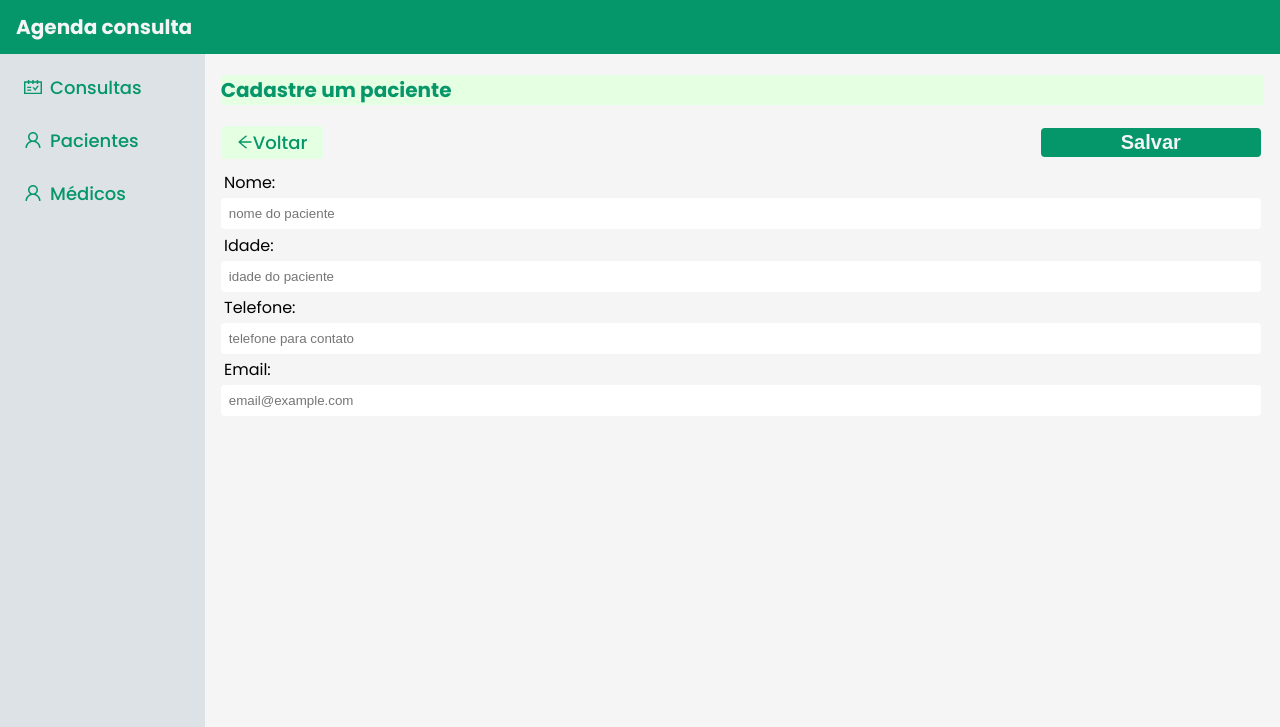
Repository: BarbaraCD/agendaconsulta
Page: /patients/new
The author's editor kept a copy of each file at every save. The page is drawn from the files as they stood at one save, then again after the next save.
The browser window is 1280 px wide. The pictures show the whole page.
The project was rebuilt for these pictures with package versions that can differ from the ones it lists, and the page was loaded fresh each time. Also part of the build but not shown: vite.config.ts, src/services/appointment.services.ts, src/styles/Appointments.ts, src/services/doctor.services.ts, src/components/Calendar.tsx, src/styles/CreateContainer.ts, src/components/DoctorTable.tsx, src/components/PatientTable.tsx and 2 more.

Above is the page before, as saved 2023-08-29 16:22:55.

### index.html
<!DOCTYPE html>
<html lang="en">
  <head>
    <meta charset="UTF-8" />
    <link rel="icon" type="image/svg+xml" href="/vite.svg" />
    <meta name="viewport" content="width=device-width, initial-scale=1.0" />

    <link rel="preconnect" href="https://fonts.googleapis.com">
    <link rel="preconnect" href="https://fonts.gstatic.com" crossorigin>
    <link href="https://fonts.googleapis.com/css2?family=Poppins:wght@400;500;700&display=swap" rel="stylesheet">

    <title>Agendamento de Consulta</title>
  </head>
  <body>
    <div id="root"></div>
    <script type="module" src="/src/main.tsx"></script>
  </body>
</html>

### src/main.tsx
/* eslint-disable @typescript-eslint/no-non-null-assertion */
import React from 'react'
import ReactDOM from 'react-dom/client'
import { ThemeProvider } from 'styled-components'
import GlobalStyle, { Container, Content } from './styles/global'
import { theme } from './styles/Theme.ts'
import App from './App.tsx'
import { Routes } from './routes/index.tsx'
import { Header } from './components/Header.tsx'
import { BrowserRouter } from 'react-router-dom'

ReactDOM.createRoot(document.getElementById('root')!).render(
  <React.StrictMode>
    <ThemeProvider theme={theme}>
      <GlobalStyle />
      <BrowserRouter>
        <Header />
        <Container>
          <App />
          <Content>
            <Routes />
          </Content>
        </Container>
      </BrowserRouter>
    </ThemeProvider>
  </React.StrictMode>,
)

### src/styles/global.ts
import styled, { createGlobalStyle } from 'styled-components'

export default createGlobalStyle`
  *{
    margin: 0;
    padding: 0;
    box-sizing: border-box;

  }
  body{
    height: 100%;
    width: 100%;
    font-family: 'Poppins', sans-serif;
    background: ${(props) => props.theme.colors.white};
    font-size: ${(props) => props.theme.size.xl};
  }
`

export const Container = styled.div`
  display: flex;
`

export const SidebarGlobal = styled.div`
  width: 16%;
`

export const Content = styled.div`
  flex: 1;
  margin: 0 1rem;
`

### src/styles/Theme.ts
export const theme = {
  colors: {
    primary: '#059669',
    head: '#059669B3',
    100: '#E4FFE1',

    sbcolor: '#DCE2E6',
    gray: '#41414D',
    black: '#000',
    white: '#f5f5f5',
  },
  size: {
    sm: '14px',
    md: '16px',
    lg: '18px',
    xl: '20px',
    xxl: '24px',
  },
}

### src/App.tsx
import { SidebarGlobal } from './styles/global'
import { Sidebar } from './components/Sidebar'

export default function App() {
  return (
    <SidebarGlobal>
      <Sidebar />
    </SidebarGlobal>
  )
}

### src/routes/index.tsx
import { AppRoutes } from './app.routes'

export function Routes() {
  return (
    <>
      <AppRoutes />
    </>
  )
}

### src/components/Header.tsx
import { Link } from 'react-router-dom'
import { styled } from 'styled-components'

const ContainerHeader = styled.div`
  padding: 12px 16px;
  width: 100%;
  min-width: 200px;
  font-weight: 700;
  overflow: visible;
  background-color: ${(props) => props.theme.colors.primary};
`

const StyleLink = styled(Link)`
  text-decoration: none;
  word-break: normal;
  display: block;
  align-items: center;
  justify-content: center;
  color: ${(props) => props.theme.colors.white};
`

export function Header() {
  return (
    <ContainerHeader>
      <StyleLink to="/">Agenda consulta</StyleLink>
    </ContainerHeader>
  )
}

### src/components/Sidebar.tsx
import { ScheduleOutlined, UserOutlined } from '@ant-design/icons'
import { StyledSidebar, StyledList } from '../styles/SidebarStyled'
import { Link } from 'react-router-dom'

export function Sidebar() {
  return (
    <StyledSidebar>
      <StyledList>
        <li>
          <ScheduleOutlined style={{ color: '#059669' }} />
          <Link to="/appointments/calendar">Consultas</Link>
        </li>
        <li>
          <UserOutlined style={{ color: '#059669' }} />
          <Link to="/patients/list">Pacientes</Link>
        </li>
        <li>
          <UserOutlined style={{ color: '#059669' }} />
          <Link to="/doctors/list">Médicos</Link>
        </li>
      </StyledList>
    </StyledSidebar>
  )
}

### src/routes/app.routes.tsx
import { Routes, Route } from 'react-router-dom'

import { App } from 'antd'
import { AppointmentsCalendar } from '../components/Calendar'
import { InputPatients } from '../components/InputPatient'
import { DoctorTable } from '../components/DoctorTable'
import { PatientTable } from '../components/PatientTable'
import { InputDoctors } from '../components/InputDoctors'
import { CreateAppointments } from '../components/Appointments'

export function AppRoutes() {
  return (
    <Routes>
      <Route path="/" element={<App />} />

      <Route path="/patients/new" element={<InputPatients />} />
      <Route path="/patients/:id/edit" element={<InputPatients />} />
      <Route path="/patients/list" element={<PatientTable />} />

      <Route path="/doctors/new" element={<InputDoctors />} />
      <Route path="/doctors/:id/edit" element={<InputDoctors />} />
      <Route path="/doctors/list" element={<DoctorTable />} />

      <Route path="/appointments/new" element={<CreateAppointments />} />
      <Route path="/appointments/:id/edit" element={<CreateAppointments />} />
      <Route path="/appointments/calendar" element={<AppointmentsCalendar />} />
    </Routes>
  )
}

### src/styles/SidebarStyled.ts
import styled from 'styled-components'

export const StyledSidebar = styled.div`
  display: flex;
  flex-direction: column;
  background-color: ${(props) => props.theme.colors.sbcolor};
  color: ${(props) => props.theme.colors.black};
  font-size: ${(props) => props.theme.size.lg};
  font-weight: 500;
  justify-content: flex-start;
  align-items: flex-start;
  overflow: auto;
  height: 93.5vh;
  min-height: 100%;
`

export const StyledList = styled.ul`
  list-style: none;
  padding: 0.5rem;

  li {
    cursor: pointer;
    padding: 1rem;
    line-height: 1.3rem;
  }

  a {
    text-decoration: none;
    color: ${(props) => props.theme.colors.primary};
    margin: 0.5rem;
    word-break: break-all;
  }
`

### src/components/InputPatient.tsx
/* eslint-disable react-hooks/exhaustive-deps */
import { z } from 'zod'
import { useForm } from 'react-hook-form'
import { zodResolver } from '@hookform/resolvers/zod'

import { useEffect, useState } from 'react'
import {
  FlexDiv,
  InputContainer,
  MessageError,
  MessageSaved,
  StyledInput,
  StyledValidation,
  SubmitButton,
  StyledLink,
} from '../styles/InputContainer'
import {
  createPatient,
  updatePatient,
  getPatientById,
} from '../services/patient.services'
import { useParams, useNavigate } from 'react-router-dom'
import { ArrowLeftOutlined } from '@ant-design/icons'

const patientSchema = z.object({
  name: z
    .string()
    .nonempty('O nome é obrigatório')
    .transform((name) => {
      return name
        .trim()
        .split(' ')
        .map((word) => {
          return word[0].toLocaleUpperCase().concat(word.substring(1))
        })
        .join(' ')
    }),
  age: z.coerce.number().min(12, 'Idade obrigatória').max(120),
  telephone: z
    .string()
    .min(11, 'Telefone é obrigatório')
    .max(11, 'Telefone deve conter 11 digitos'),
  email: z
    .string()
    .nonempty('O email é obrigatório')
    .email('Formato de email inválido')
    .toLowerCase(),
})

export type PatientSchemaType = z.infer<typeof patientSchema>

export function InputPatients() {
  const {
    reset,
    register,
    handleSubmit,
    formState: { errors, isSubmitting },
  } = useForm<PatientSchemaType>({
    resolver: zodResolver(patientSchema),
    defaultValues: {
      name: '',
      age: null || undefined,
      telephone: null || undefined,
      email: '',
    },
  })

  const navigate = useNavigate()
  const { id } = useParams()
  const [successMessage, setSuccessMessage] = useState<string | null>(null)
  const [errorMessage, setErrorMessage] = useState<string | null>(null)

  useEffect(() => {
    fetchPatients()
  }, [])

  async function fetchPatients() {
    if (!id) return
    try {
      const response = await getPatientById(Number(id))
      reset(response as unknown as PatientSchemaType)
    } catch (error) {
      console.error('Error fetching Patients:', error)
    }
  }

  async function createNewPatient(data: PatientSchemaType) {
    try {
      if (id) {
        await updatePatient(Number(id), data)
        navigate(-1)
      } else {
        await createPatient(data)
      }
      setSuccessMessage('Paciente salvo com sucesso!')
      setTimeout(() => {
        setSuccessMessage(null)
      }, 2000)
      reset()
    } catch (error) {
      setErrorMessage('Erro ao cadastrar/atualizar paciente.')
    }
  }

  return (
    <InputContainer>
      {successMessage && <MessageSaved>{successMessage}</MessageSaved>}
      {errorMessage && <MessageError>{errorMessage}</MessageError>}
      <h3>Cadastre um paciente</h3>
      <FlexDiv>
        <StyledLink to="/patients/list">
          <ArrowLeftOutlined /> <p>Voltar</p>
        </StyledLink>
        <SubmitButton type="submit" disabled={isSubmitting}>
          <p>Salvar</p>
        </SubmitButton>
      </FlexDiv>

      <form onSubmit={handleSubmit(createNewPatient)}>
        <div>
          <label htmlFor="name">Nome:</label>
          <StyledInput
            {...register('name')}
            type="text"
            name="name"
            id="name"
            placeholder="nome do paciente"
            autoComplete="off"
          />
          {errors.name && (
            <StyledValidation>{errors.name.message}</StyledValidation>
          )}
        </div>

        <div>
          <label htmlFor="age">Idade:</label>
          <StyledInput
            {...register('age')}
            type="number"
            name="age"
            id="age"
            maxLength={3}
            placeholder="idade do paciente"
            autoComplete="off"
          />
          {errors.age && (
            <StyledValidation>{errors.age.message}</StyledValidation>
          )}
        </div>

        <div>
          <label htmlFor="telephone">Telefone:</label>
          <StyledInput
            {...register('telephone')}
            type="number"
            name="telephone"
            id="telephone"
            placeholder="telefone para contato"
            autoComplete="off"
          />
          {errors.telephone && (
            <StyledValidation>{errors.telephone.message}</StyledValidation>
          )}
        </div>

        <div>
          <label htmlFor="email">Email:</label>
          <StyledInput
            {...register('email')}
            type="text"
            id="email"
            name="email"
            placeholder="email@example.com"
            autoComplete="off"
          />
          {errors.email && (
            <StyledValidation>{errors.email.message}</StyledValidation>
          )}
        </div>
      </form>
    </InputContainer>
  )
}

### src/styles/InputContainer.ts
import styled from 'styled-components'
import { Select } from 'antd'
import { Link } from 'react-router-dom'

export const InputContainer = styled.main`
  color: ${(props) => props.theme.colors.black};
  font-size: ${(props) => props.theme.size.md};
  padding: 0.5rem 0;

  div {
    margin: 0.2rem 0.2rem 0.2rem 0;
  }

  h3 {
    background-color: ${(props) => props.theme.colors[100]};
    color: ${(props) => props.theme.colors.primary};
    font-size: ${(props) => props.theme.size.xl};
    margin: 0.8rem 0;
  }

  label {
    display: flex;
    margin: 0.2rem;
  }

  p {
    font-size: ${(props) => props.theme.size.lg};
    font-weight: 400;
  }
`

export const StyledValidation = styled.span`
  size: ${(props) => props.theme.size.md};
  color: red;
`

export const ApFooter = styled.div`
  display: flex;
  align-items: center;
  justify-content: space-between;
  margin-bottom: 0.5rem;
`

export const StyledSelect = styled(Select)`
  width: 100%;
  border: none;
`

export const SubmitButton = styled.button`
  padding: 0.2rem 5rem;
  border: none;
  border-radius: 4px;
  overflow: hidden;
  cursor: pointer;
  margin: 0.5rem 0;
  background-color: ${(props) => props.theme.colors.primary};
  color: ${(props) => props.theme.colors.white};

  p {
    font-size: ${(props) => props.theme.size.xl};
    font-weight: 600;
    overflow: hidden;
  }

  &:hover {
    background-color: ${(props) => props.theme.colors.head};
  }
`

export const StyledLink = styled(Link)`
  text-decoration: none;
  color: ${(props) => props.theme.colors.primary};
  background-color: ${(props) => props.theme.colors[100]};
  font-weight: 600;
  border-radius: 4px;
  margin: 0.5rem 0;
  padding: 0.2rem 1rem;
  justify-content: center;
  align-items: center;
  display: flex;

  p {
    font-size: ${(props) => props.theme.size.lg};
    font-weight: 500;
    overflow: hidden;
  }

  &:hover {
    color: ${(props) => props.theme.colors.gray};
    background-color: ${(props) => props.theme.colors.sbcolor};
  }
`

export const MessageSaved = styled.p`
  justify-content: center;
  text-align: center;
  width: 30%;
  border-radius: 4px;
  margin: 0 35%;
  background-color: ${(props) => props.theme.colors[100]};
  color: ${(props) => props.theme.colors.primary};
  size: ${(props) => props.theme.size.lg};
`

export const MessageError = styled.p`
  background-color: lightpink;
  color: red;
  justify-content: center;
  text-align: center;
  width: 30%;
  border-radius: 4px;
  margin: 0 35%;
`

export const StyledInput = styled.input`
  width: 100%;
  padding: 0.5rem;
  border: none;
  border-radius: 4px;
  overflow: hidden;
`

export const PatSpan = styled.span`
  text-decoration: none;
  color: ${(props) => props.theme.colors.primary};
  background-color: ${(props) => props.theme.colors[100]};
  font-weight: 500;
  border-radius: 4px;
  margin-top: 1rem;
`
export const FlexDiv = styled.div`
  display: flex;
  justify-content: space-between;
  align-items: center;
`

### src/services/patient.services.ts
import { PatientSchemaType } from '../components/InputPatient'
import { PatientsProps } from '../components/PatientTable'
import { api } from './ApiConfig'

export async function getPatient(): Promise<PatientsProps[]> {
  try {
    const response = await api.get('/patient')
    return response.data
  } catch (error) {
    throw new Error('Erro ao obter dados dos pacientes:')
  }
}

export async function getPatientById(id: number): Promise<PatientsProps> {
  try {
    const response = await api.get(`/patient/${id}`)
    return response.data
  } catch (error) {
    throw new Error('Erro ao obter dados dos pacientes:')
  }
}

export async function createPatient(data: PatientSchemaType) {
  return api.post('/patient', data)
}

export async function updatePatient(id: number, data: PatientSchemaType) {
  try {
    const response = await api.put(`/patient/${id}`, data)
    return response.data
  } catch (error) {
    throw new Error('Erro ao obter dados dos pacientes:')
  }
}

export async function deletePatient(id: number) {
  return await api.delete(`/patient/${id}`)
}

Loaded but not shown: src/services/ApiConfig.ts (common file)

After the next save:
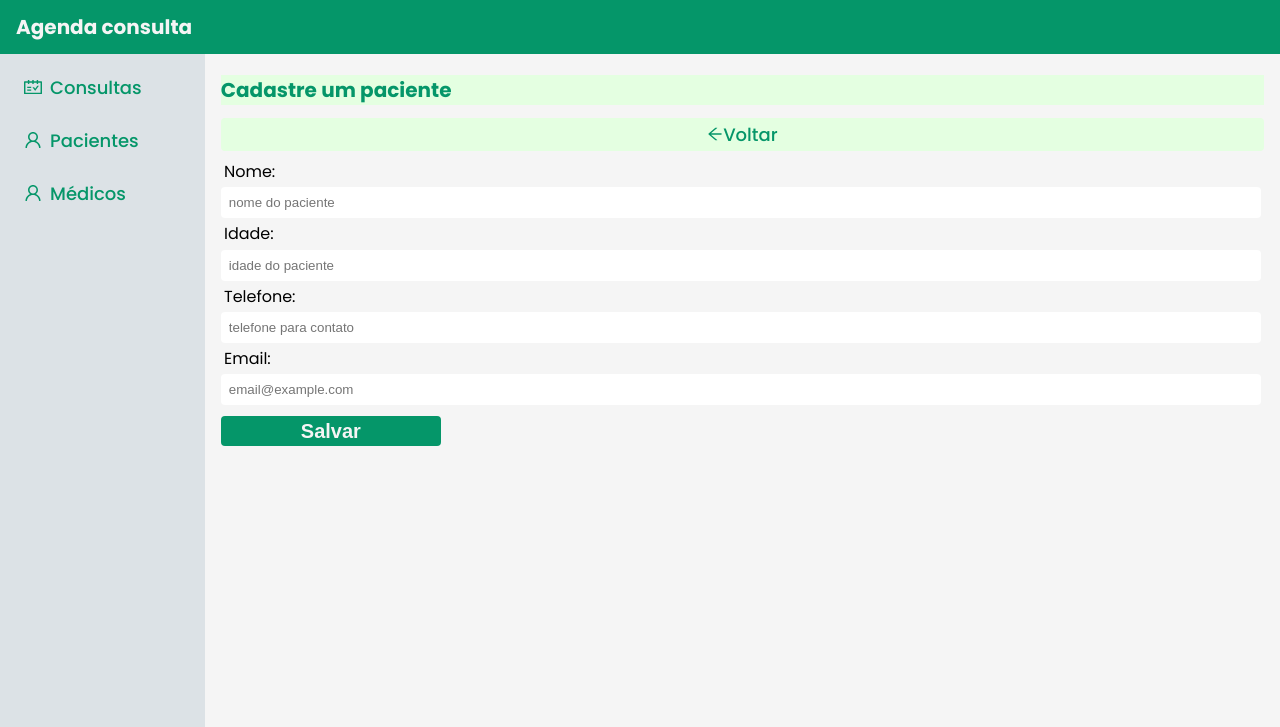
Saved 109 s later.
--- a/src/components/InputPatient.tsx
+++ b/src/components/InputPatient.tsx
@@ -107,14 +107,10 @@ export function InputPatients() {
       {successMessage && <MessageSaved>{successMessage}</MessageSaved>}
       {errorMessage && <MessageError>{errorMessage}</MessageError>}
       <h3>Cadastre um paciente</h3>
-      <FlexDiv>
-        <StyledLink to="/patients/list">
-          <ArrowLeftOutlined /> <p>Voltar</p>
-        </StyledLink>
-        <SubmitButton type="submit" disabled={isSubmitting}>
-          <p>Salvar</p>
-        </SubmitButton>
-      </FlexDiv>
+
+      <StyledLink to="/patients/list">
+        <ArrowLeftOutlined /> <p>Voltar</p>
+      </StyledLink>
 
       <form onSubmit={handleSubmit(createNewPatient)}>
         <div>
@@ -177,6 +173,9 @@ export function InputPatients() {
             <StyledValidation>{errors.email.message}</StyledValidation>
           )}
         </div>
+        <SubmitButton type="submit" disabled={isSubmitting}>
+          <p>Salvar</p>
+        </SubmitButton>
       </form>
     </InputContainer>
   )
